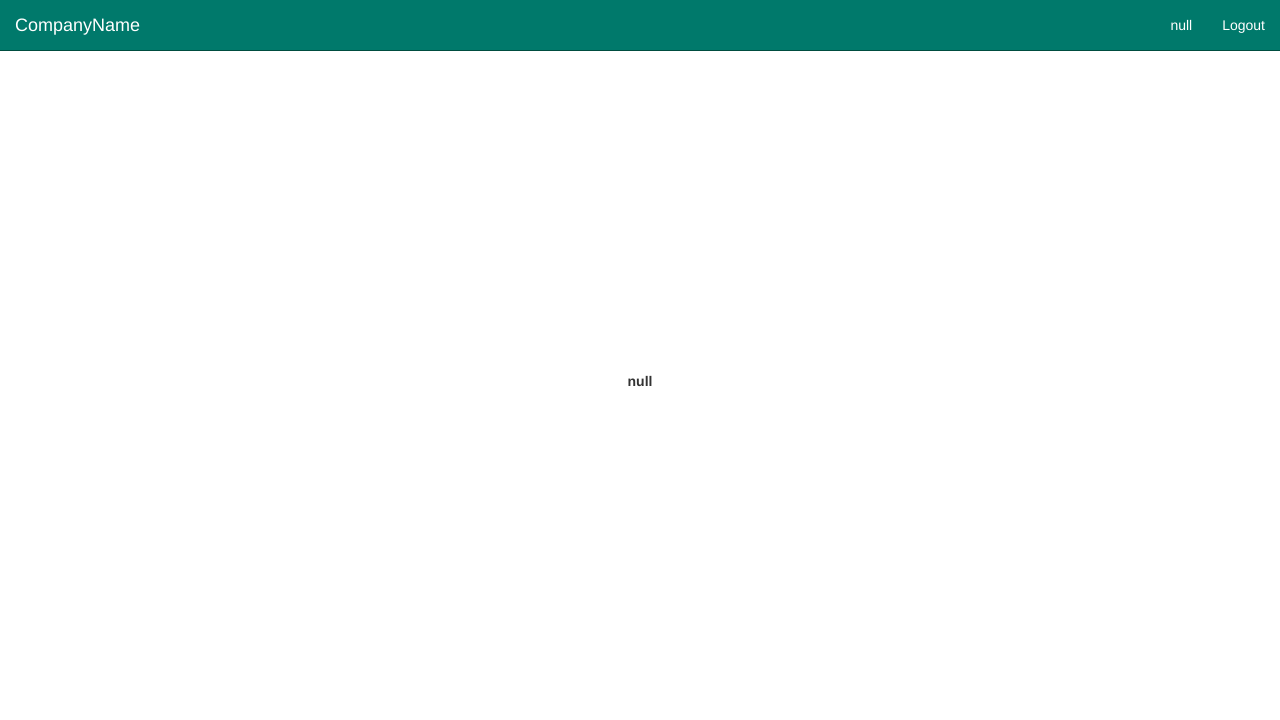
Repository: jayakumar721/projects
Page: http://localhost/TestEngine/result.jsp
These files come from the project's save history. The page is drawn as it stood at one moment and after the next save; the edit follows.
The browser window is 1280 px wide. The pictures show the whole page.
Some web libraries are served in a nearby version. The page is served by Tomcat 9. Other server files are loaded and not shown.

Above is the page before, as saved 2017-11-28 11:40:22.

### TestEngine/WebContent/result.jsp
<%@ page language="java" contentType="text/html; charset=UTF-8"
	pageEncoding="UTF-8"%>
<!DOCTYPE html PUBLIC "-//W3C//DTD HTML 4.01 Transitional//EN" "http://www.w3.org/TR/html4/loose.dtd">
<html>
<head>
<meta http-equiv="Content-Type" content="text/html; charset=UTF-8">
<title>Insert title here</title>
<style type="text/css">
.result{
text-align:center;
position:absolute;
margin-top:300px;
}

</style>

</head>
<body>
	<%@ include file="header.jsp"%>
	<div class="col-sm-2"></div>
	<div class="result col-sm-8">
		<label><%=session.getAttribute("marks") %></label>

	</div>
</body>
</html>

### TestEngine/WebContent/header.jsp
<%@ page language="java" contentType="text/html; charset=UTF-8"
	pageEncoding="UTF-8"%>
<!DOCTYPE html PUBLIC "-//W3C//DTD HTML 4.01 Transitional//EN" "http://www.w3.org/TR/html4/loose.dtd">
<html>
<head>
<meta charset="UTF-8">
<title>Insert title here</title>

<link rel="stylesheet"
	href="https://maxcdn.bootstrapcdn.com/bootstrap/3.3.7/css/bootstrap.min.css">

<!-- jQuery library -->
<script
	src="https://ajax.googleapis.com/ajax/libs/jquery/3.2.1/jquery.min.js"></script>
<script src="vendor/jquery-validation/dist/jquery.validate.min.js"></script>

<!-- Latest compiled JavaScript -->
<script
	src="https://maxcdn.bootstrapcdn.com/bootstrap/3.3.7/js/bootstrap.min.js"></script>
<style type="text/css">
.navbar-inverse {
	background: #00796B;
	border-bottom-color: #004D40;
}

.navbar-inverse .navbar-nav>li>a, .navbar-inverse .navbar-brand,
	.navbar-inverse .navbar-nav>.dropdown>a .caret {
	color: #fff;
}

.navbar-inverse .navbar-nav>.open>a, .navbar-inverse .navbar-nav>.open>a:hover,
	.navbar-inverse .navbar-nav>.open>a:focus, .navbar-nav>li>.dropdown-menu
	{
	background: #4DB6AC;
}

.nav-pills
>
li
>
a
,
{
color
:

#303F9F
;


}
.nav>li>a:hover, .nav>li>a:focus {
	background-color: #EEEEEE;
}
</style>

</head>
<body>
	<div id="top-nav" class="navbar navbar-inverse navbar-static-top">
		<div class="container-fluid">
			<div class="navbar-header">
				<button type="button" class="navbar-toggle" data-toggle="collapse"
					data-target=".navbar-collapse">
					<span class="icon-bar"></span> <span class="icon-bar"></span> <span
						class="icon-bar"></span>
				</button>
				<a class="navbar-brand" href="dashboard.jsp">CompanyName</a>
			</div>
			<div class="navbar-collapse collapse">
				<ul class="nav navbar-nav navbar-right">
					<li><i class="fa fa-user-circle"></i><a><%=session.getAttribute("name")%></a>

					</li>

					<li><a href="Login.html"><i class="fa fa-sign-out"></i>
							Logout</a></li>
				</ul>
			</div>
		</div>
		<!-- /container -->
	</div>

</body>
</html>

After the next save:
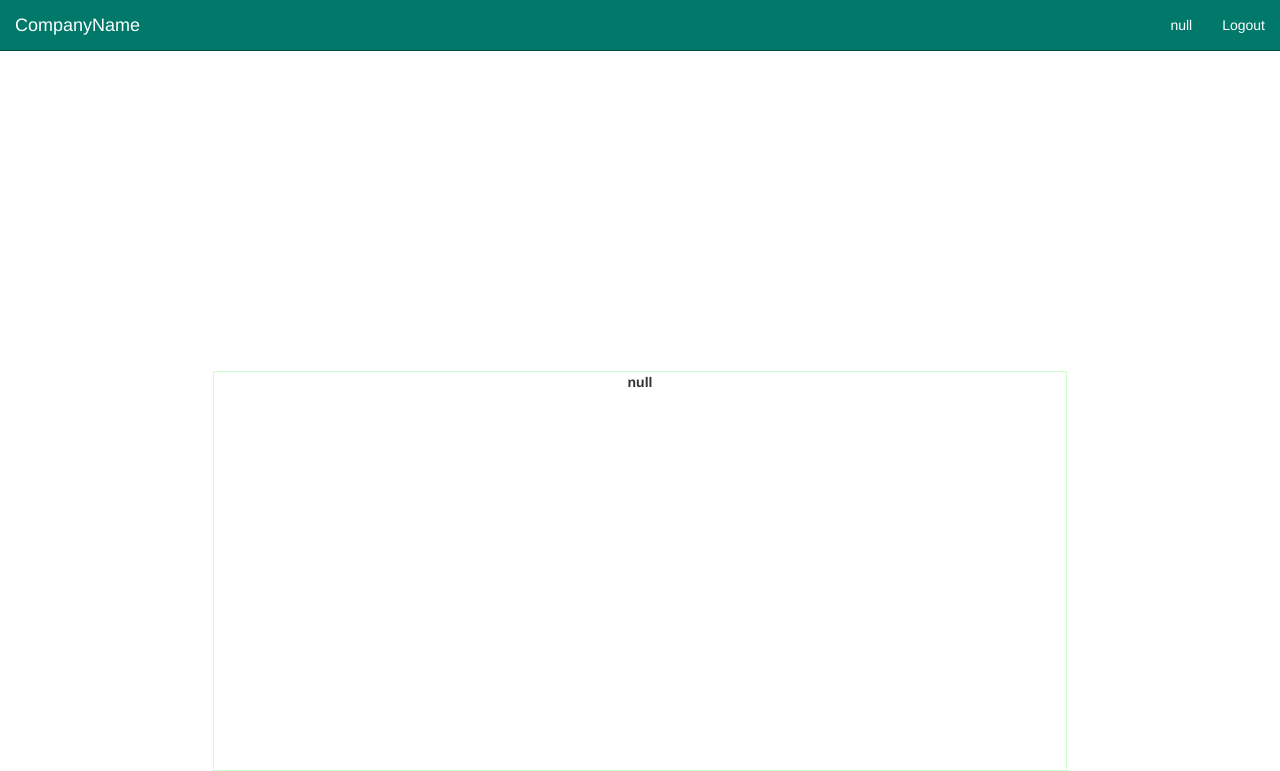
Saved 78 s later.
--- a/TestEngine/WebContent/result.jsp
+++ b/TestEngine/WebContent/result.jsp
@@ -10,6 +10,9 @@
 text-align:center;
 position:absolute;
 margin-top:300px;
+height:400px;
+width:300px;
+border:1px solid #ccffcc;
 }
 
 </style>
